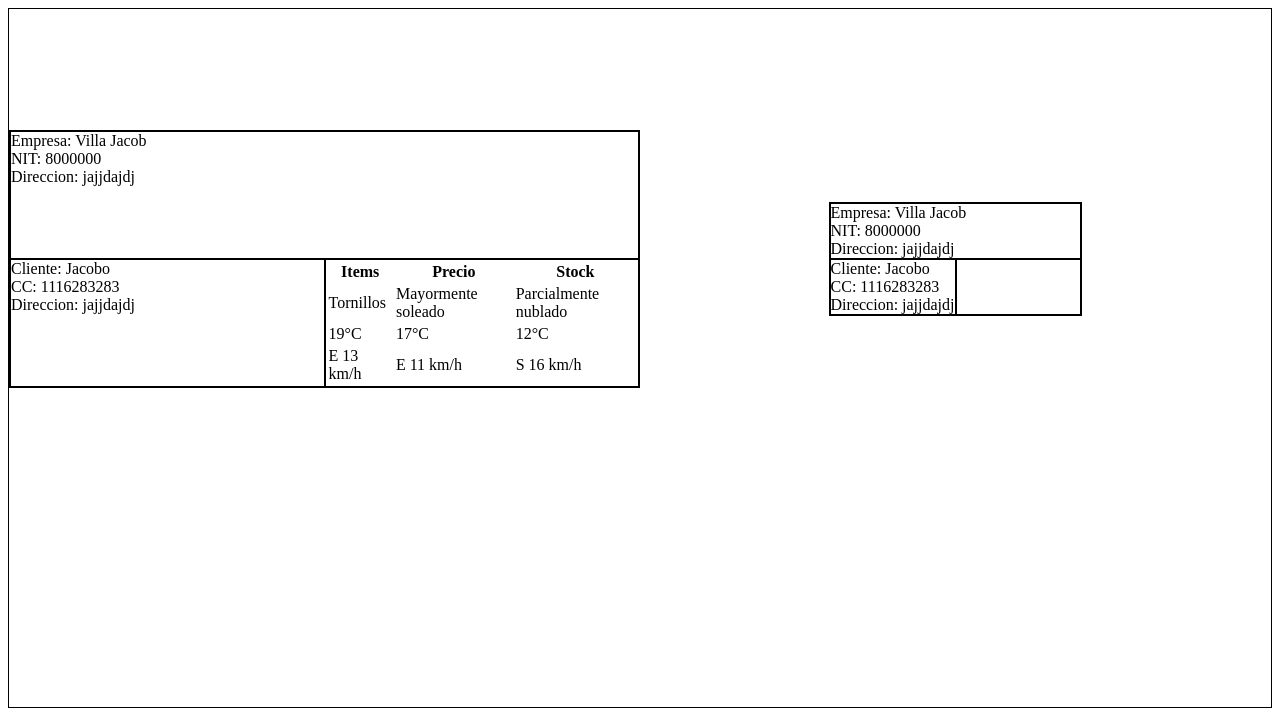
Repository: MrVanQish/FacturaEstructura
Page: index.html
An editor plug-in stored every save of this project. The page is shown before and after the next save, followed by the edit.
The browser window is 1280 px wide. The pictures show the whole page.

Above is the page before, as saved 2021-09-29 09:51:39.

After the next save:
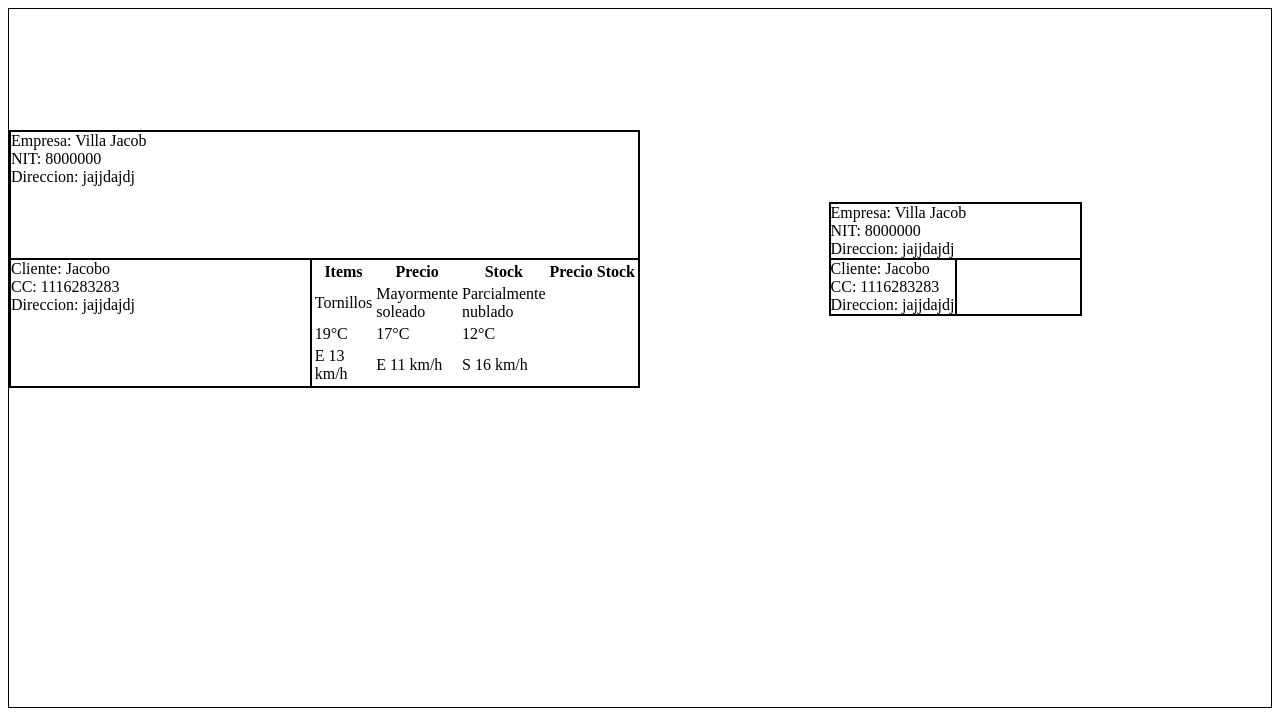
Saved 8 s later.
--- a/index.html
+++ b/index.html
@@ -33,6 +33,10 @@
                         <tr>
 
                             <th>Items</th>
+
+                            <th>Precio</th>
+
+                            <th>Stock</th>
 
                             <th>Precio</th>
 
